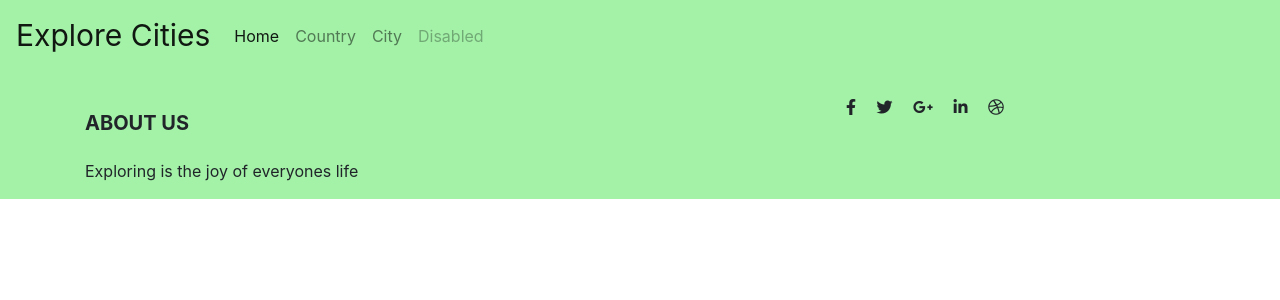
Repository: vaida898/holiday-website
Page: index.html
The author's editor kept a record of every edit. The page is drawn from the files as they stood at one moment, then again after the next edit.
The browser window is 1280 px wide. The pictures show the whole page.
Some web libraries are served in a nearby version.

Above is the page before.

After the next edit:
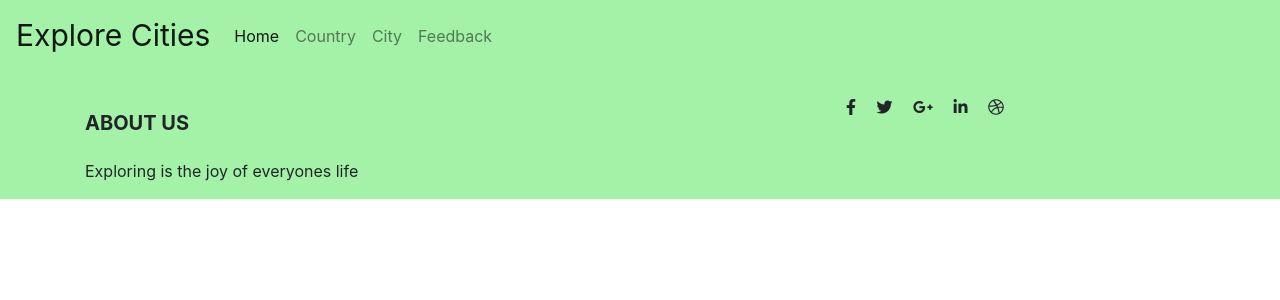
The edit:
--- a/index.html
+++ b/index.html
@@ -39,7 +39,7 @@
                         <a class="nav-link" href="#">City</a>
                     </li>
                     <li class="nav-item">
-                        <a class="nav-link disabled" href="#">Disabled</a>
+                        <a class="nav-link" href="#">Feedback</a>
                     </li>
                 </ul>
             </div>
